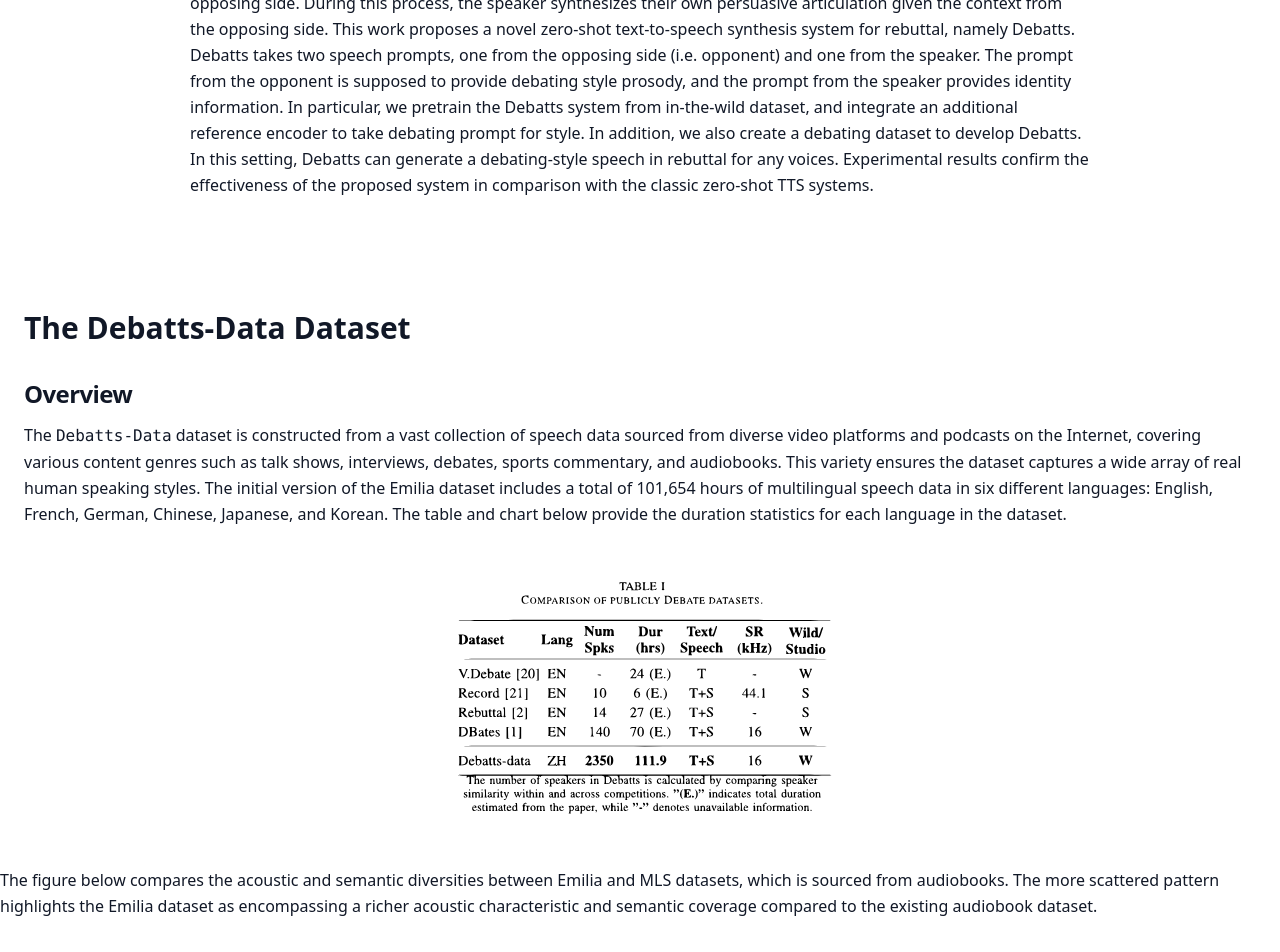
Repository: amphionspace/debatts
Page: index.html
An editor plug-in stored every save of this project. The page is shown before and after a run of saves, followed by the edit.
The browser window is 1280 px wide. The pictures show the part of the page from y = 1088 to 2040 px (the page is 5872 px tall).
A picture or video elsewhere on the page could not be fetched, so the positions and the page height are approximate.

Above is the page before, as saved 2024-10-02 02:41:22.

After the next 2 saves:
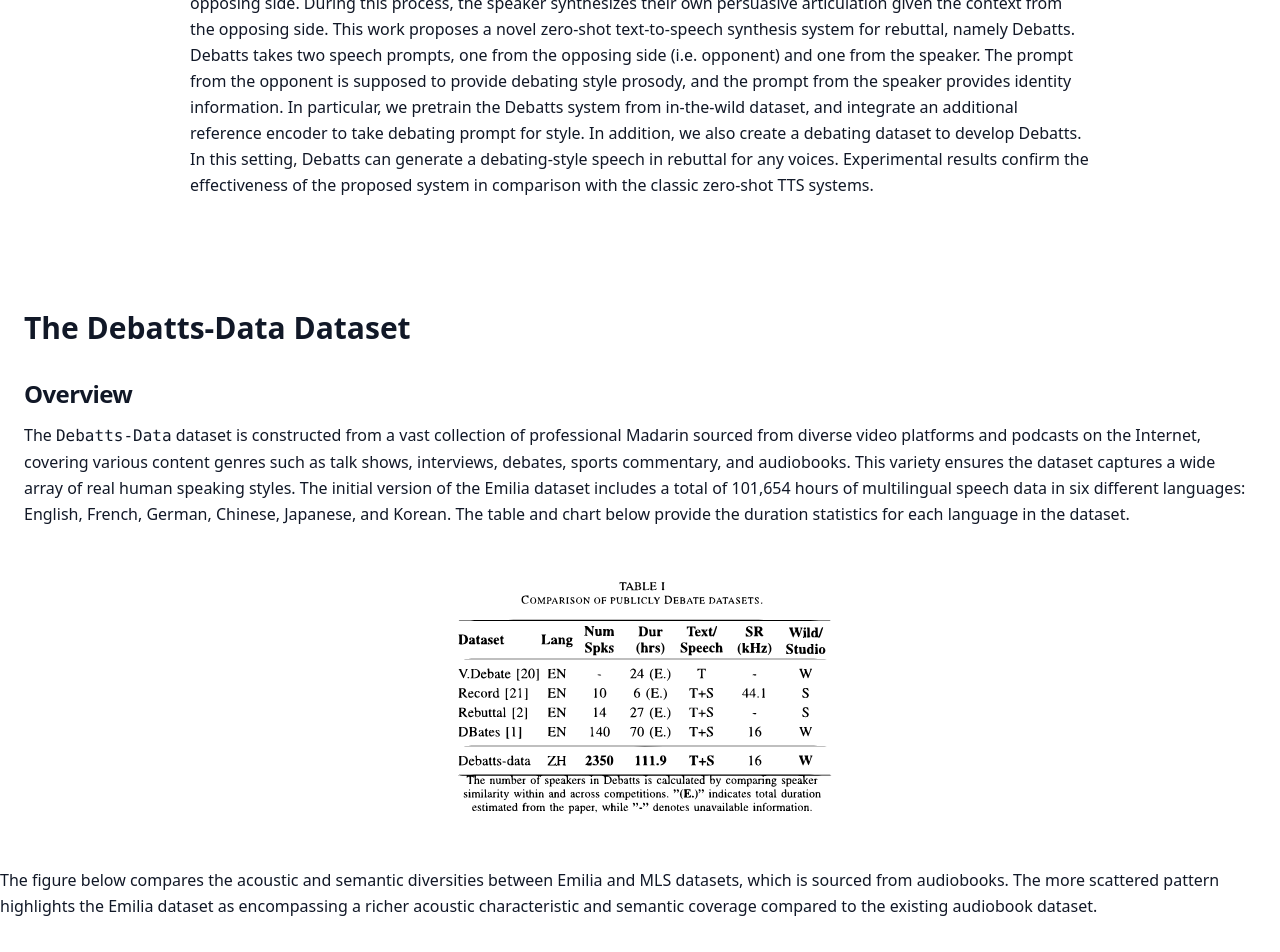
The 2 saves are shown as one change because they came seconds apart.
The last was saved 38 s later.
--- a/index.html
+++ b/index.html
@@ -205,7 +205,7 @@
 
         <h5 id="dataset-overview">Overview</h5>
         <p class="text-p">
-          The <code>Debatts-Data</code> dataset is constructed from a vast collection of speech data sourced from diverse
+          The <code>Debatts-Data</code> dataset is constructed from a vast collection of professional Madarin  sourced from diverse
           video platforms and podcasts on the Internet, covering various content genres such as talk shows, interviews,
           debates, sports commentary, and audiobooks. This variety ensures the dataset captures a wide array of real
           human speaking styles. The initial version of the Emilia dataset includes a total of 101,654 hours of
